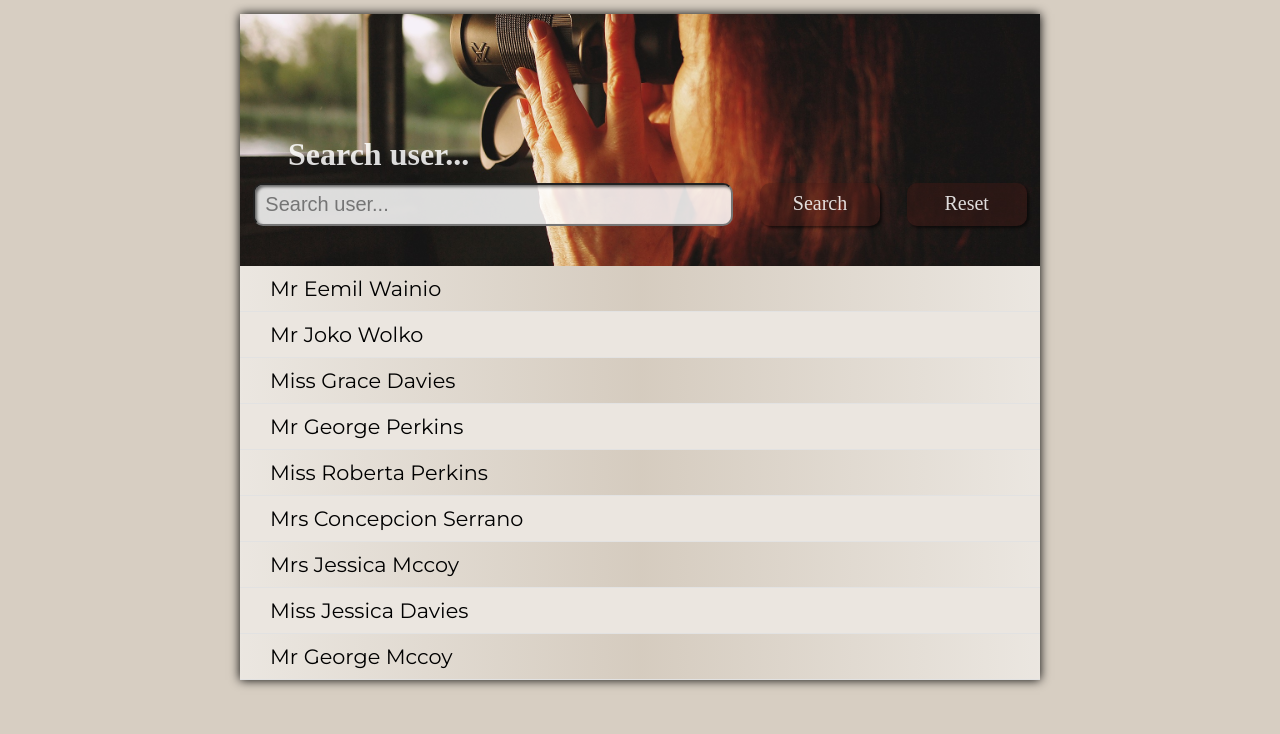
Repository: KrzysKolo/sr_tydzien5_zad4
Page: /, after clicking the first element matching `div.header__search-btn`
An editor plug-in stored every save of this project. The page is shown before and after the next save, followed by the edit.
The browser window is 1280 px wide. The pictures show the whole page.
Some web fonts or font styles are not loaded; a fallback is used. The project was rebuilt for these pictures with package versions that can differ from the ones it lists, and the page was loaded fresh each time.

Above is the page before, as saved 2021-01-07 03:41:51.

### public/index.html
<!DOCTYPE html>
<html lang="en">
  <head>
    <meta charset="utf-8" />
    <link rel="icon" href="%PUBLIC_URL%/favicon.ico" />
    <meta name="viewport" content="width=device-width, initial-scale=1" />
    <meta name="theme-color" content="#000000" />
    <meta
      name="description"
      content="Web site created using create-react-app"
    />
    <link rel="apple-touch-icon" href="%PUBLIC_URL%/logo192.png" />
    <!--
      manifest.json provides metadata used when your web app is installed on a
      user's mobile device or desktop. See https://developers.google.com/web/fundamentals/web-app-manifest/
    -->
    <link rel="manifest" href="%PUBLIC_URL%/manifest.json" />
    <!--
      Notice the use of %PUBLIC_URL% in the tags above.
      It will be replaced with the URL of the `public` folder during the build.
      Only files inside the `public` folder can be referenced from the HTML.

      Unlike "/favicon.ico" or "favicon.ico", "%PUBLIC_URL%/favicon.ico" will
      work correctly both with client-side routing and a non-root public URL.
      Learn how to configure a non-root public URL by running `npm run build`.
    -->
    <link rel="preconnect" href="https://fonts.gstatic.com">
<link href="https://fonts.googleapis.com/css2?family=Finger+Paint&family=Montserrat&family=Over+the+Rainbow&family=Peralta&display=swap" rel="stylesheet">
    <title>User search</title>
  </head>
  <body>
    <noscript>You need to enable JavaScript to run this app.</noscript>
    <div id="root"></div>
    <!--
      This HTML file is a template.
      If you open it directly in the browser, you will see an empty page.

      You can add webfonts, meta tags, or analytics to this file.
      The build step will place the bundled scripts into the <body> tag.

      To begin the development, run `npm start` or `yarn start`.
      To create a production bundle, use `npm run build` or `yarn build`.
    -->
  </body>
</html>

### src/App.js
import React from 'react';
import UsersContainer from './components/UsersContainer';
import UserContextProvider from './contexts/UserContext';
import './App.css';


const App = () => {

  return (
    <UserContextProvider>
      <UsersContainer/>
    </UserContextProvider>
  )
}

export default App;

### src/components/UsersContainer.js
import React, { useContext, useState } from 'react';
import { UserContext } from './../contexts/UserContext';
import UserList from './userComponents/UserList';
import Header from './userContainerComponents/Header';
import Error from './userContainerComponents/Error';

const UsersContainer = () => {
  const [isErr, setIsErr] = useState(false);
  return (
    <section>
      <Header />
      <UserList />

    </section>
  /*   <section>
			<Header/>
        { loading ? <Loading/> : <UserList users={users}/>}
        { isErr && <Error isErr={setIsErr}/> }
          <Footer />
        </section> */
  )

}

export default UsersContainer;

### src/contexts/UserContext.js
import React, { createContext, useState, useEffect } from 'react';

export const UserContext = createContext();

const UserContextProvider = (props) => {

  const UsersAPI = '/users.json';
	const [users, setUsers ] = useState([]);
	const [isLoading, setIsLoading] = useState(true);
	const [isErr, setIsErr] = useState(false);

	useEffect(() => {
    getUsers();
  }, []);

  const getUsers = () => {
    let timer = setTimeout(() => {
      fetch(UsersAPI)
      .then(res => {
        if (res.ok) {
        return res;
        }
        throw Error(res.status);
        })
      .then(res => res.json())
      .then(data => {
        console.log(data.users);
        setUsers(data.users);
        setIsLoading(false);
        clearTimeout(timer);
      })
      .catch(error => setIsErr(`The problem is with: ${error}`));
    }, 500);
	};
	return (
		<UserContext.Provider value= {{users, isLoading, setIsErr, isErr}} >
			{ props.children }
		</UserContext.Provider>
	)

}
export default UserContextProvider;

### src/App.css
* {
  box-sizing: border-box;
  padding: 0;
  margin: 0;
}
body {
  height: 100vh;
  width: 100vw;
  background-color: rgba(206, 194, 179, 0.8);
}
section {
  margin: 2vh auto;
  width: 70%;
  max-width: 800px;
  display: flex;
  flex-direction: column;
  box-shadow: 0 0 10px #000;
}
.header__section {
  height: 35vh;
  background-image: url("./images/girl.jpg");
  background-position: center;
  background-size: cover;
  display: flex;
  flex-direction: column;
  justify-content: flex-end;
}
.header__title {
  font-size: 2rem;
  font-family: "Peralta", cursive;
  margin: 0 auto 10px 3rem;
  color: rgba(255, 255, 255, 0.85);
}
.header__search-wrapper {
  width: 100%;
  margin-bottom: 20px;
  display: flex;
  justify-content: space-around;
}
.header__search {
  padding: 8px 10px;
  width: 60%;
  border-radius: 10px;
  background-color: rgba(255, 255, 255, 0.85);
  box-shadow: inset 2px 2px 3px 0px rgba(0, 0, 0, 0.55);
  font-size: 20px;
}
.header__search-btn {
  background: rgba(71, 26, 20, 0.4);
  color: rgba(255, 255, 255, 0.85);
  width: 15%;
  border-radius: 10px;
  box-shadow: 2px 2px 3px 0px rgba(0, 0, 0, 0.55);
  font-size: 20px;
  text-align: center;
  line-height: 40px;
  transition: 0.2s all ease;
  cursor: pointer;
}
.header__search-btn:hover {
  background: rgba(65, 28, 24, 1);
}
.user {
  font-size: 1.3rem;
  font-family: "Montserrat", sans-serif;
  padding: 10px 30px;
  list-style: none;
  border-bottom: 1px solid rgb(226, 226, 226);
  background-color: rgba(255, 255, 255, 0.5);
}
.user:nth-child(odd) {
  background: linear-gradient(
    90deg,
    rgba(255, 255, 255, 0.5) 0%,
    rgba(206, 194, 179, 0.2) 50%,
    rgba(255, 255, 255, 0.5) 100%
  );
}
.footer__wrapper {
  background-color: rgb(36, 31, 27);
  color: white;
  font-size: 1.1rem;
  padding: 10px 30px;
  width: 100%;
  height: 7vh;
  display: flex;
  align-items: center;
}
.error {
  color: rgb(195, 1, 4);
  padding: 10px;
  text-align: center;
  font-size: 1.2rem;
}

### src/components/userComponents/UserList.js
import React, { useContext } from 'react';
import { UserContext } from './../../contexts/UserContext';
import UserDetails from './UserDetails';
import Loading from './../userContainerComponents/Loading';

const UserList = () => {
  const { users, isLoading } = useContext(UserContext);
  const user = users.map(user => {
        return <UserDetails key={user.id} user={user} />
    })
  return isLoading ? <Loading /> :(
    <ul>
      {user}
    </ul>
  )
}

export default UserList;

### src/components/userContainerComponents/Header.js
import React from 'react';
import { UserFormSearch } from './../searchComponents/';

const Header = () => {
   return (
    <div className="header__section">
      <h1 className="header__title">Search user...</h1>
      <UserFormSearch />
    </div>
    )
}

export default Header;

### src/components/userContainerComponents/Error.js
import React from 'react';
const Error = ({ props }) => {
    return (
            <p className="error">{props}</p>
     );
}

export default Error;

### src/components/userComponents/UserDetails.js
import React from 'react';

const UserDetails = ({ user }) => {
  return (
		<li className="user">
			{user.title} {user.firstname} {user.lastname}
    </li>
    )
}

export default UserDetails;

### src/components/userContainerComponents/Loading.js
import React from 'react';
import spinner from './../../images/spinner.gif'
const Loading = () => {
    return (
        <img src={spinner} style={{width: 200, margin: 'auto', display: 'block'}} alt="Loading"/>
     );
}

export default Loading;

### src/components/searchComponents/index.js
export { default as UserFormSearch } from './UserFormSearch';

### src/components/searchComponents/UserFormSearch.js
import React, {useContext, useState} from 'react';
import { UserContext } from './../../contexts/UserContext';
import { Button, Input } from './../formComponents/';
import Error from './../userContainerComponents/Error';

const UserFormSearch = () => {
	const { users, setIsErr, isErr } = useContext(UserContext);

	const [searchValue, setSearchValue] = useState("");

	const handleChange = (e) => {
		const value = e.target.value.toLowerCase();
		setSearchValue(value);
		console.log(value);
		};

	const handleSubmit = (e) => {
		e.preventDefault();
		return (searchValue === "") ?  setIsErr("Brak imienia")  : console.log(`send ${searchValue}`);
	};

	const handleReset = () => {
		/* resetUsers(); */
		console.log("reset");
		setSearchValue('');

	}
  return (
	<>
	<form className="header__search-wrapper" onSubmit={handleSubmit}>
      <Input type="text" value={searchValue} onChange={handleChange} require  />
      <Button values="Search" onClick={handleSubmit} />
      <Button values="Reset" onClick={handleReset} />
    </form>
	{ isErr && <Error />}
	</>
    )
}

export default UserFormSearch;

### src/components/formComponents/index.js
export { default as Button} from './Button';
export { default as Input } from './Input';

### src/components/formComponents/Button.js
import React from 'react';

const Button = ({ values, onClick }) => {
    return (
        <div className="header__search-btn" onClick={onClick}>
            {values}
        </div>
    )
}

export default Button;

### src/components/formComponents/Input.js
import React from 'react';

const Input = ({ type, searchValue, onChange }) => {
    return (
        <>
          <input className="header__search" type={type} value={searchValue} onChange={onChange} placeholder="Search user..." />
        </>
    )
}

export default Input;

### public/users.json
{
    "users": [
      {
        "id": 1,
        "title": "Mr",
        "firstname": "Eemil",
        "lastname": "Wainio"
       },
      {
        "id": 2,
        "title": "Mr",
        "firstname": "Joko",
        "lastname": "Wolko"
      },
      {
        "id": 3,
        "title": "Miss",
        "firstname": "Grace",
        "lastname": "Davies"
      },
      {
        "id": 4,
        "title": "Mr ",
        "firstname": "George ",
        "lastname": "Perkins"
      },
      {
        "id": 5,
        "title": "Miss",
        "firstname": "Roberta ",
        "lastname": "Perkins"
      },
      {
        "id": 6,
        "title": "Mrs ",
        "firstname": "Concepcion ",
        "lastname": "Serrano"
      },
      {
        "id": 7,
        "title": "Mrs ",
        "firstname": "Jessica ",
        "lastname": "Mccoy"
      },
      {
        "id": 8,
        "title": "Miss",
        "firstname": "Jessica",
        "lastname": "Davies"
      },
      {
        "id": 9,
        "title": "Mr",
        "firstname": "George",
        "lastname": "Mccoy"
      }
    ]
  }

Loaded but not shown: src/index.js (common file)

After the next save:
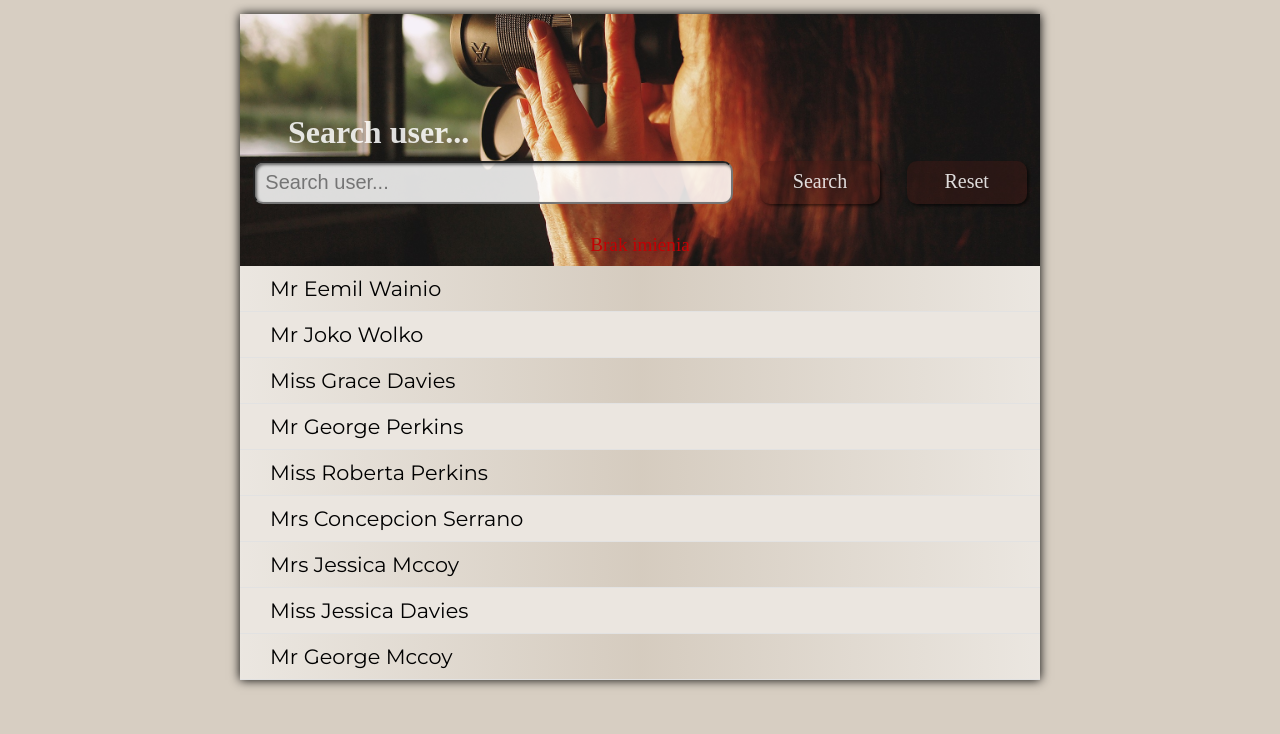
Saved 14 s later.
--- a/src/components/searchComponents/UserFormSearch.js
+++ b/src/components/searchComponents/UserFormSearch.js
@@ -32,7 +32,7 @@ const UserFormSearch = () => {
       <Button values="Search" onClick={handleSubmit} />
       <Button values="Reset" onClick={handleReset} />
     </form>
-	{ isErr && <Error />}
+	{ isErr && <Error props={isErr}/>}
 	</>
     )
 }
